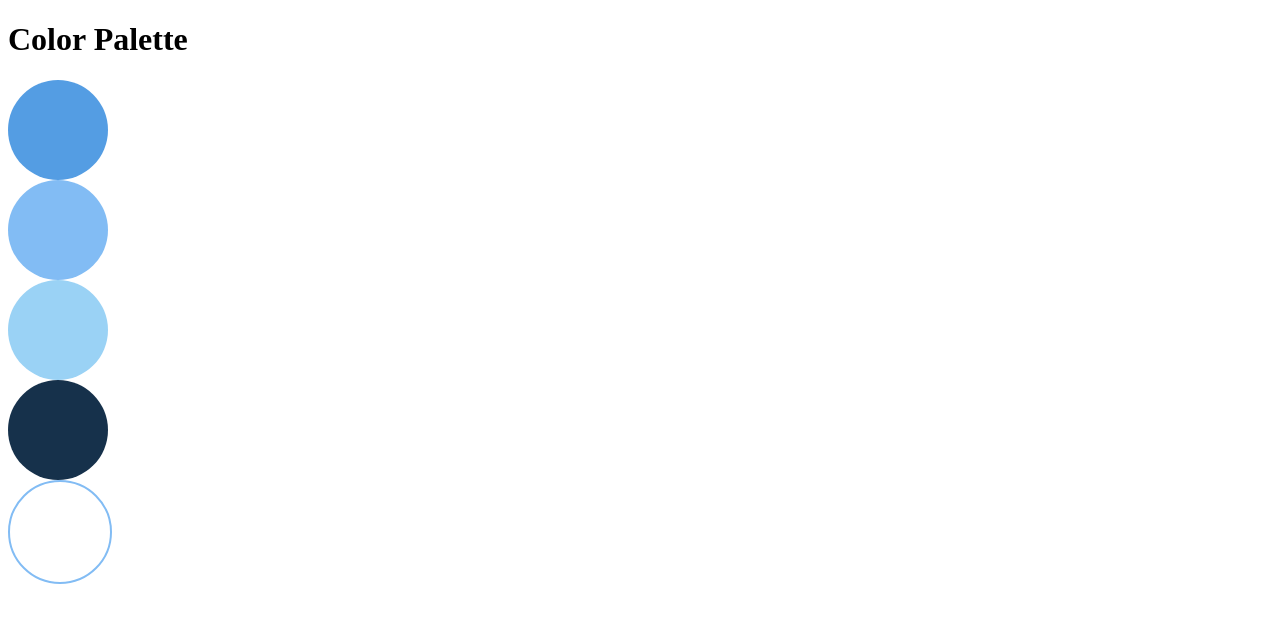
Repository: Pureum309/style_guide
Page: colorpaletteTypo.html
The author's editor kept a copy of each file at every save. The page is drawn from the files as they stood at one save, then again after the next save.
The browser window is 1280 px wide. The pictures show the whole page.

Above is the page before, as saved 2022-03-03 20:23:26.

### colorpaletteTypo.html
<!DOCTYPE html>
<html lang="en">
<head>
    <meta charset="UTF-8">
    <meta http-equiv="X-UA-Compatible" content="IE=edge">
    <meta name="viewport" content="width=device-width, initial-scale=1.0">
    <link rel="stylesheet" href="main.css"
    <title></title>
</head>
<body>
    <h1>Color Palette</h1>
    <div id ="circle1"></div>
    <div id ="circle2"></div>
    <div id ="circle3"></div>
    <div id ="circle4"></div>
    <div id ="circle5"></div>
</body>
</html>

### main.css
#circle1 {
    width: 100px;
    height: 100px;
    background: #549DE3;
    border-radius: 50%;
}

#circle2 {
    width: 100px;
    height: 100px;
    background: #82BCF4;
    border-radius: 50%;
}

#circle3 {
    width: 100px;
    height: 100px;
    background: #9AD2F5;
    border-radius: 50%;
}

#circle4 {
    width: 100px;
    height: 100px;
    background: #16314B;
    border-radius: 50%;
}

#circle5 {
    width: 100px;
    height: 100px;
    background: #FFFFFF;
    border-radius: 50%;
    border: 2px solid #82BCF4;
}

After the next save:
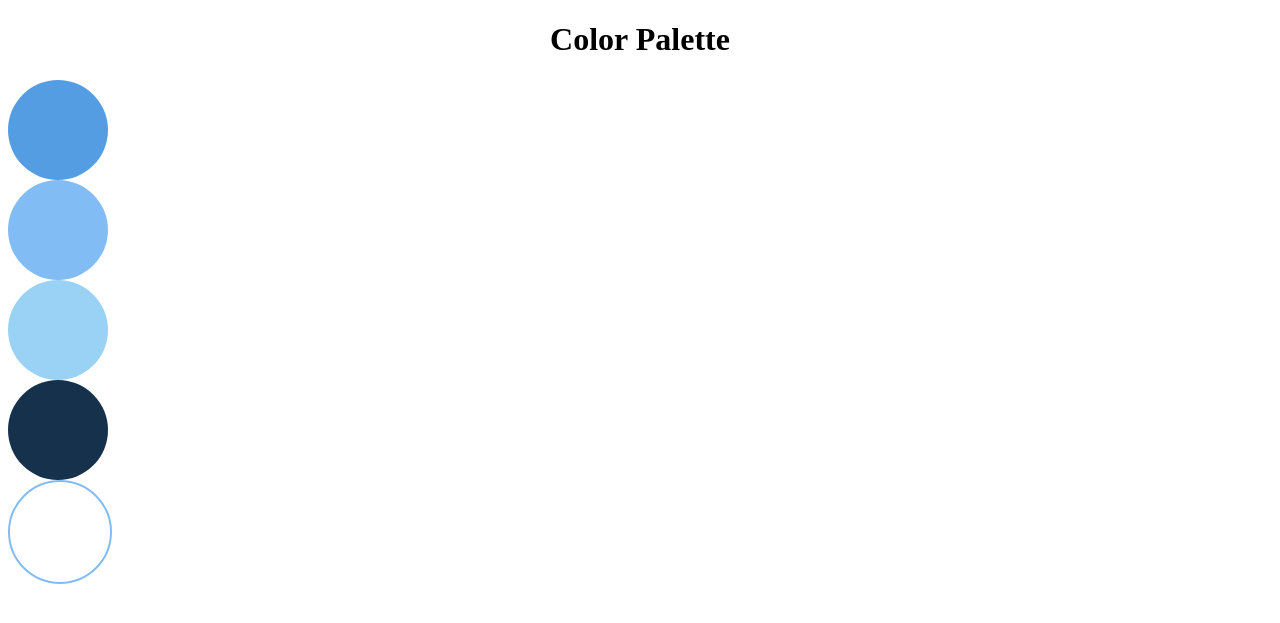
Saved 4 min 24 s later.
--- a/colorpaletteTypo.html
+++ b/colorpaletteTypo.html
@@ -8,7 +8,7 @@
     <title></title>
 </head>
 <body>
-    <h1>Color Palette</h1>
+    <h1 style="text-align: center;">Color Palette</h1>
     <div id ="circle1"></div>
     <div id ="circle2"></div>
     <div id ="circle3"></div>
